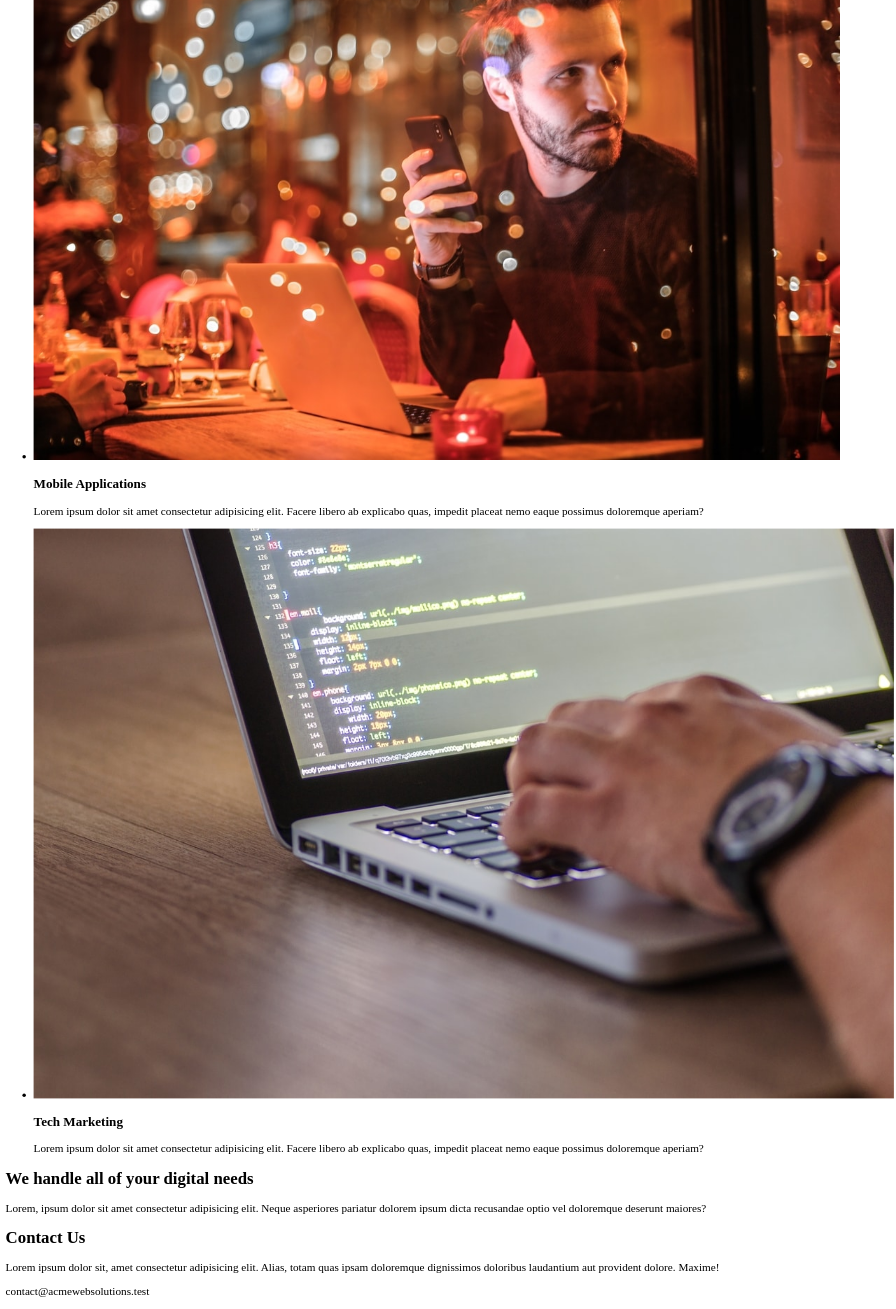
Repository: ErikBaer/MobileFirst
Page: index.html
These files come from the project's save history. The page is drawn as it stood at one moment and after the next save; the edit follows.
The browser window is 1280 px wide. The pictures show the part of the page from y = 1273 to 3193 px (the page is 3143 px tall before and 3193 px after), at 70% of full size.

Above is the page before, as saved 2020-02-15 02:31:42.

After the next save:
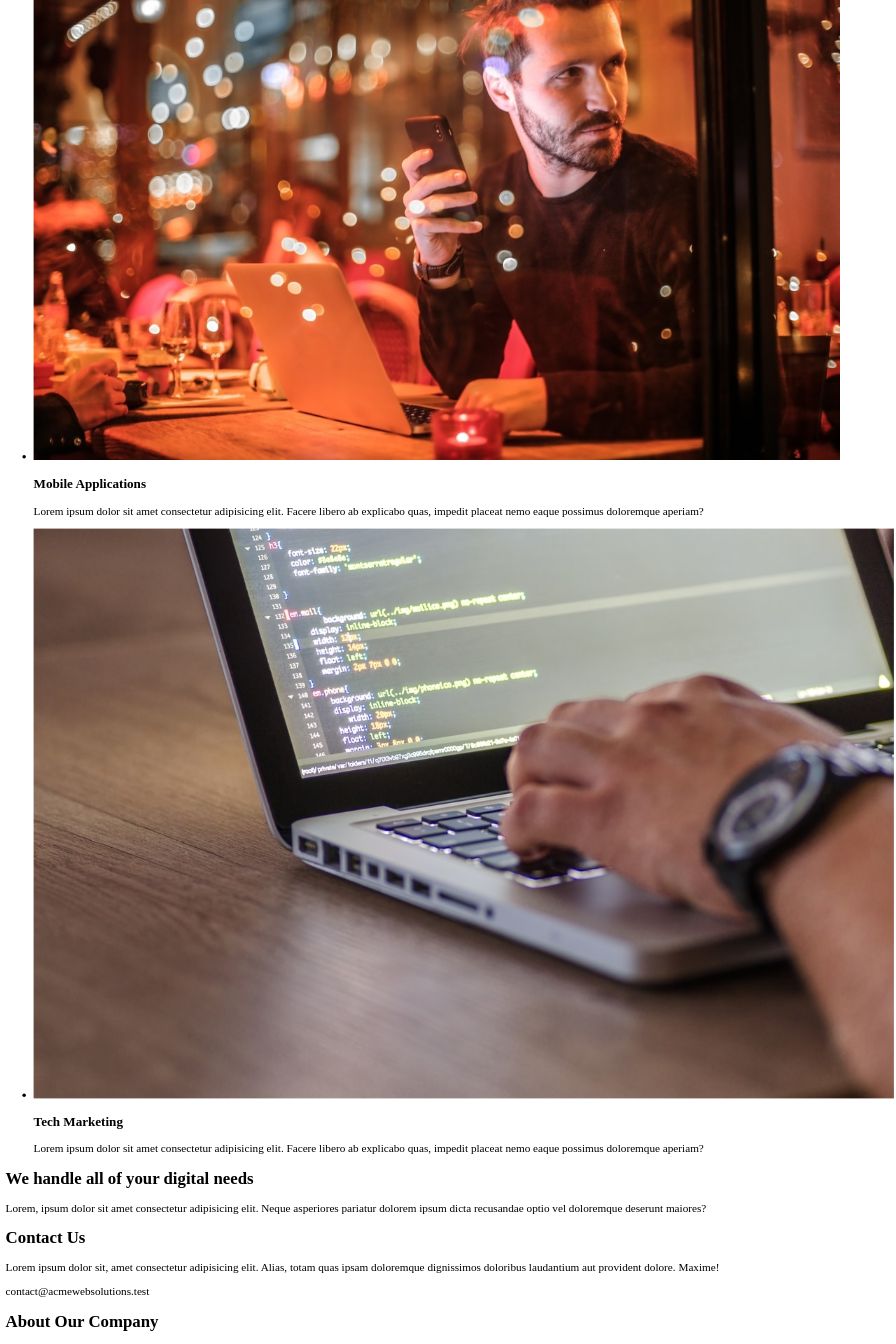
Saved 75 s later.
--- a/index.html
+++ b/index.html
@@ -98,6 +98,10 @@
                  laudantium aut provident dolore. Maxime!</p>
             <p>contact@acmewebsolutions.test</p>
         </div>
+        <div class="box">
+            <h2 class="content-title">About Our Company</h2>
+
+        </div>
     </section>
 </main>
 </body>
